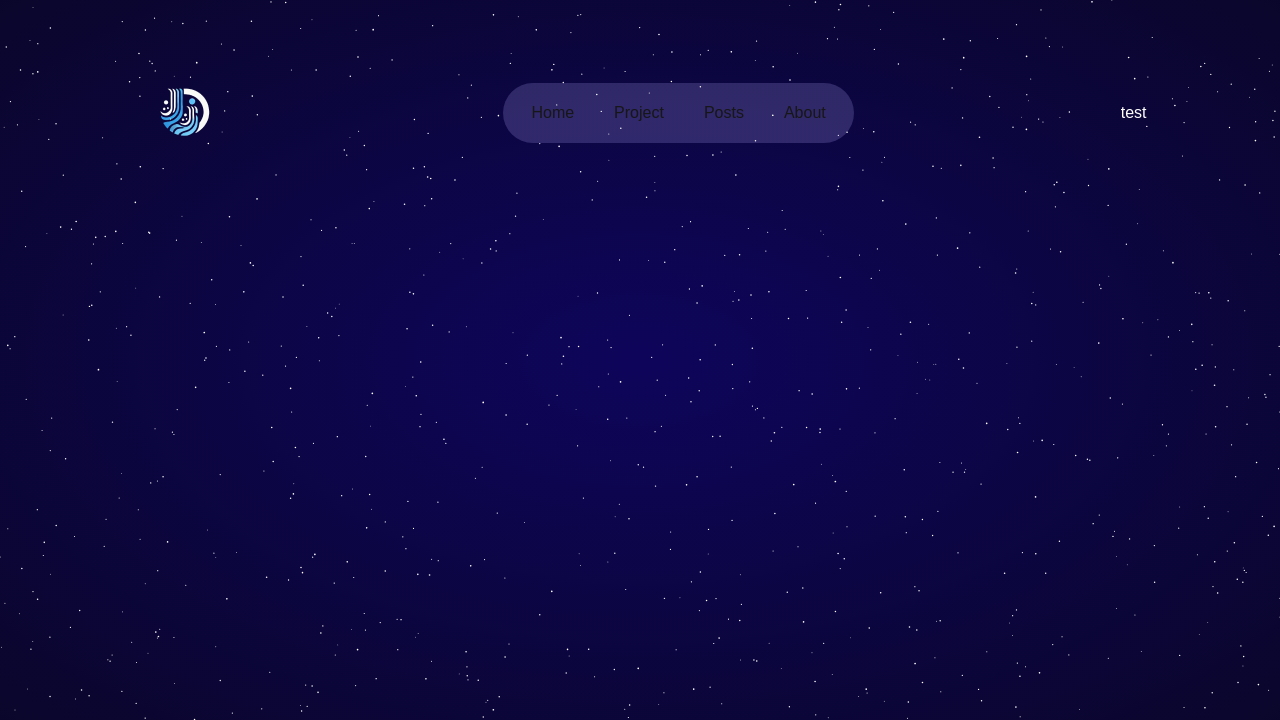
Repository: david-william19/david-william
Page: /
An editor plug-in stored every save of this project. The page is shown before and after a run of saves, followed by the edit.
The browser window is 1280 px wide. The pictures show the whole page.
The project was rebuilt for these pictures with package versions that can differ from the ones it lists, and the page was loaded fresh each time. The framework's server and built-in components were replaced by stand-ins that run in the browser. Also part of the build but not shown: next.config.js, next.config.ts, vite.config.ts.

Above is the page before, as saved 2024-10-26 22:56:59.

### src/app/layout.tsx
import type { Metadata } from "next";
import localFont from "next/font/local";
import "./globals.css";
import Image from "next/image";
import NavbarComponent from "@/components/navbar";

const geistSans = localFont({
  src: "./fonts/GeistVF.woff",
  variable: "--font-geist-sans",
  weight: "100 900",
});
const geistMono = localFont({
  src: "./fonts/GeistMonoVF.woff",
  variable: "--font-geist-mono",
  weight: "100 900",
});

export const metadata: Metadata = {
  title: "Create Next App",
  description: "Generated by create next app",
};

export default function RootLayout({
  children,
}: Readonly<{
  children: React.ReactNode;
}>) {
  return (
    <html lang="en">
      <body
        className={`${geistSans.variable} ${geistMono.variable} antialiased`}
      >
        <div className="w-full bg-radial-space h-screen">
          <NavbarComponent />
            <Image
                className="w-full"
                src={"/images/stars.svg"}
                alt="stars"
                layout="fill"
                objectFit="cover"
            />
            {children}
        </div>
      </body>
    </html>
  );
}

### src/app/(home)/layout.tsx
import type { Metadata } from "next";
import "./globals.css";
import NavbarComponent from "@/components/navbar";
import { Open_Sans } from "next/font/google";
import localFont from "next/font/local";
import ReactQueryProvider from "@/providers/ReactQueryProvider";
import SmoothScrollProvider from "@/providers/SmoothScrollProvider";
import React from "react";

export const metadata: Metadata = {
  title: "David's Portfolio",
  description: "front end developer who loves to code",
};

const openSans = Open_Sans({
  subsets: ['latin'],
  variable: "--font-sans"
})

const thunderFont = localFont({
  src: [
    {
      path: "./fonts/Thunder-ExtraBoldLC.woff",
      weight: "800",
      style: "normal",
    },
    {
      path: "./fonts/Thunder-LC.woff",
      weight: "400",
      style: "normal",
    },
    {
      path: "./fonts/Thunder-LightLC.woff",
      weight: "300",
      style: "normal",
    },
    {
      path: "./fonts/Thunder-MediumLC.woff",
      weight: "500",
      style: "normal",
    },
    {
      path: "./fonts/Thunder-SemiBoldLC.woff",
      weight: "600",
      style: "normal",
    }
  ],
  variable: "--font-thunder"
})

export default function RootLayout({
  children,
}: Readonly<{
  children: React.ReactNode;
}>) {
  return (
    <html lang="en">
      <head>
        <link rel="icon" href="/favicon.ico" sizes="any" />
      </head>
      <body
        className={`${openSans.variable} ${thunderFont.variable} antialiased`}
      >
        <div className="w-full bg-[#07131c] h-screen">
          <ReactQueryProvider>
            <SmoothScrollProvider>
            <React.Fragment>
            <NavbarComponent />
            {children}
            </React.Fragment>
            </SmoothScrollProvider>
          </ReactQueryProvider>
        </div>
      </body>
    </html>
  );
}

### src/app/(home)/(page)/page.tsx

export default function Page() {
    return (
        <div>
            Hello world
        </div>
    );
}

### src/components/navbar/index.tsx
import Image from "next/image";

export default function NavbarComponent() {
    return (
        <nav className="w-full lg:pt-[61px] flex justify-around items-center fixed">
            <Image
                alt="logo-david"
                src={"/images/logo-david.png"}
                width={103}
                height={103}
            />

            <ul className="rounded-full p-[8px] bg-[#9B95DE] bg-opacity-25 flex h-fit list-none">
                <li className="px-5 py-2.5">
                    Home
                </li>
                <li className="px-5 py-2.5">
                    Project
                </li>
                <li className="px-5 py-2.5">
                    Posts
                </li>
                <li className="px-5 py-2.5">
                    About
                </li>
            </ul>

            <p className="text-white">
                test
            </p>
        </nav>
    )
}

### src/providers/ReactQueryProvider.tsx
"use client";

import { QueryClientProvider, QueryClient } from "react-query";
import { useState } from "react";

const ReactQueryProvider = ({ children }: { children: React.ReactNode }) => {
  const [queryClient] = useState(() => new QueryClient());

  return (
    <QueryClientProvider client={queryClient}>{children}</QueryClientProvider>
  );
};

export default ReactQueryProvider;

### src/providers/SmoothScrollProvider.tsx
import {ReactLenis} from "lenis/react"
import React from "react"

export default function SmoothScrollProvider({children} : {children: React.ReactElement})  {

    return (
        <ReactLenis root>
            {children}
        </ReactLenis>
    )
}

### tailwind.config.ts
import type { Config } from "tailwindcss";

const config: Config = {
  content: [
    "./src/pages/**/*.{js,ts,jsx,tsx,mdx}",
    "./src/components/**/*.{js,ts,jsx,tsx,mdx}",
    "./src/app/**/*.{js,ts,jsx,tsx,mdx}",
  ],
  theme: {
    extend: {
      colors: {
        background: "var(--background)",
        foreground: "var(--foreground)",
      },
      backgroundImage: {
        "radial-space": "radial-gradient(#0E055B 0%, #0A062B 100%)",
      },
    },
  },
  plugins: [],
};
export default config;

Loaded but not shown: src/app/globals.css (common file)

After the next 3 saves:
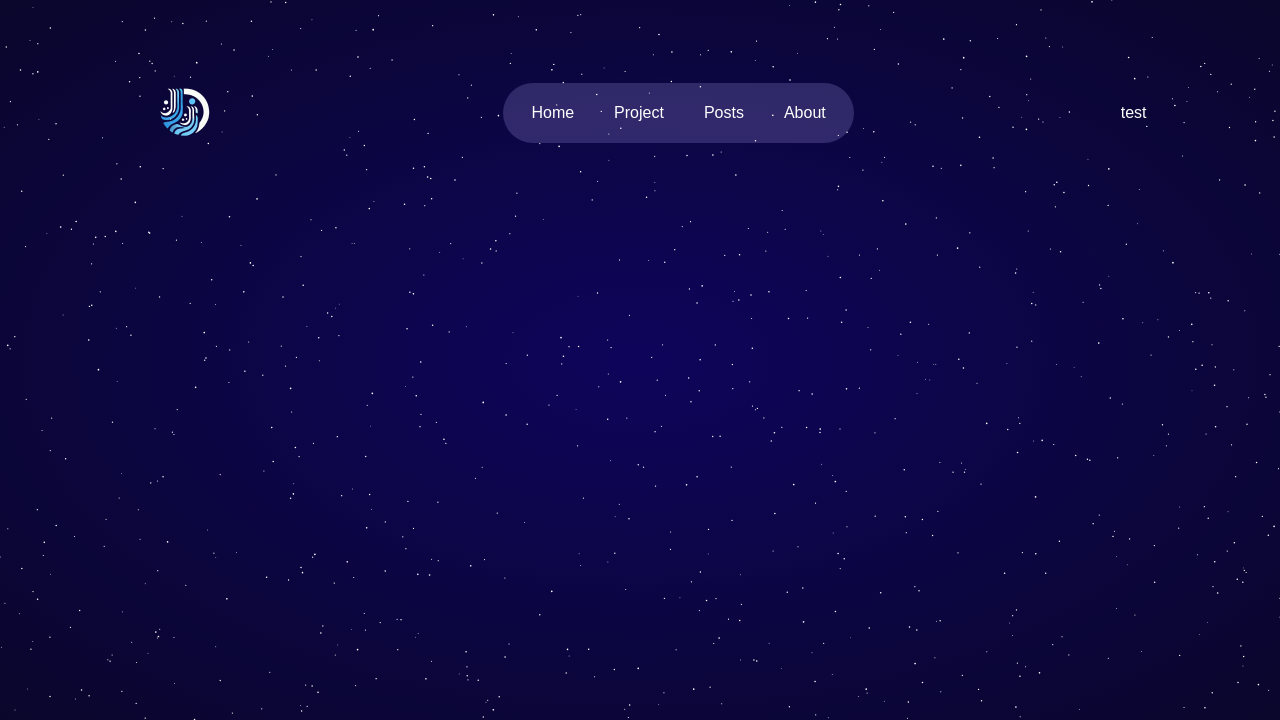
The 3 saves are shown as one change because they came seconds apart.
The last was saved 16 s later.
--- a/src/components/navbar/index.tsx
+++ b/src/components/navbar/index.tsx
@@ -10,7 +10,7 @@ export default function NavbarComponent() {
                 height={103}
             />
 
-            <ul className="rounded-full p-[8px] bg-[#9B95DE] bg-opacity-25 flex h-fit list-none">
+            <ul className="rounded-full p-[8px] bg-[#9B95DE] bg-opacity-25 text-white flex h-fit list-none">
                 <li className="px-5 py-2.5">
                     Home
                 </li>
